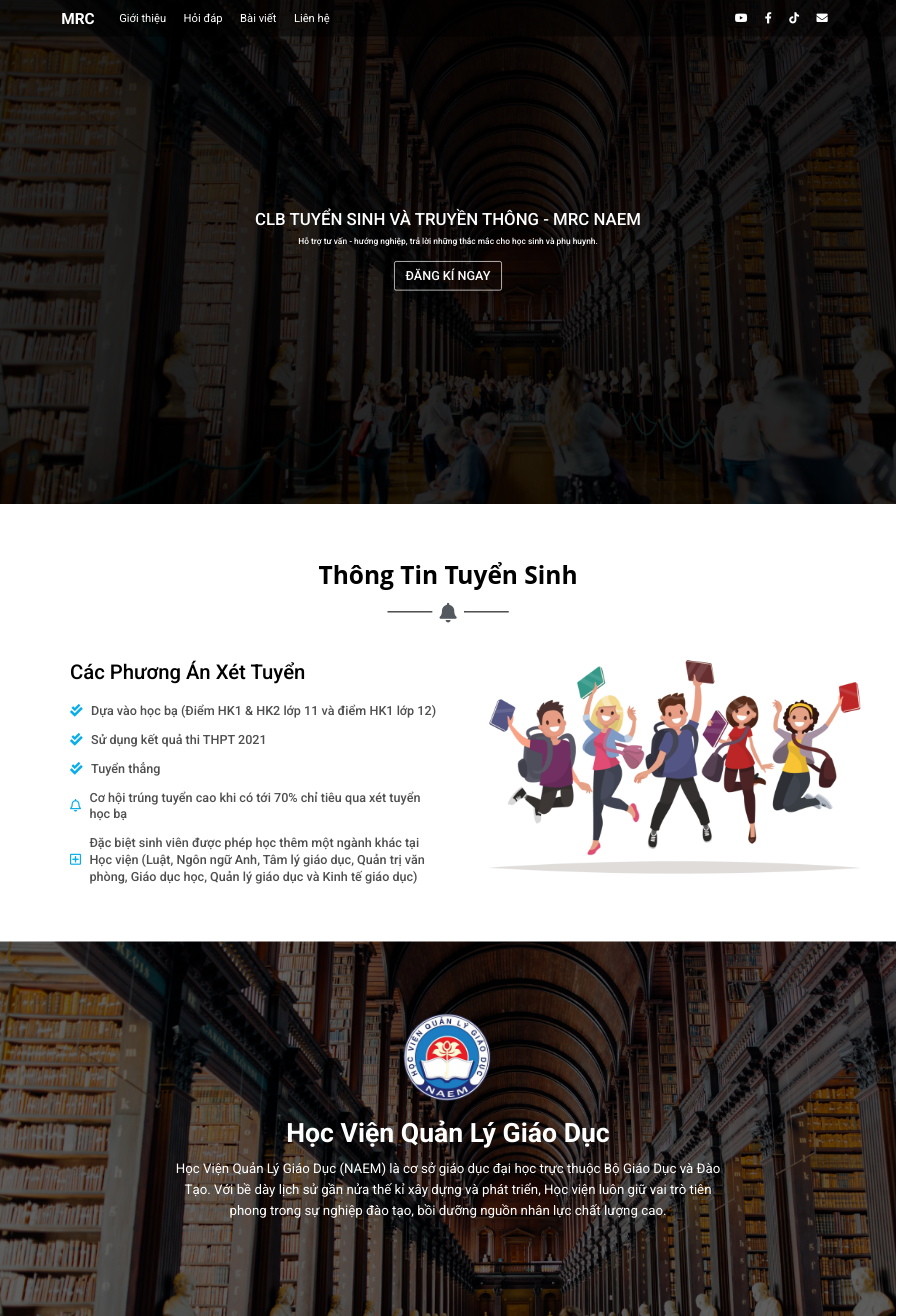
Repository: hongphuck1/trangweb1
Page: index.html
The author's editor kept a copy of each file at every save. The page is drawn from the files as they stood at one save, then again after the next save.
The browser window is 1280 px wide. The page is 1288 px wide, so the pictures cover 1288 px, including what lies to the right of the window. The pictures show the part of the page from y = 0 to 1880 px (the page is 5463 px tall), at 70% of full size.

Above is the page before, as saved 2021-09-08 17:33:53.

### index.html
<!DOCTYPE html>
<html lang="en">

<head>
  <meta charset="UTF-8" />
  <meta name="viewport" content="width=device-width, initial-scale=1, shrink-to-fit=no" />
  <meta http-equiv="x-ua-compatible" content="ie=edge" />
  <title>Material Design for Bootstrap</title>
  <!-- MDB icon -->
  <link rel="icon" href="img/SSS1.png" type="image/x-icon" />
  <!-- Font Awesome -->
  <link rel="stylesheet" href="https://use.fontawesome.com/releases/v5.15.2/css/all.css" />
  <link rel="stylesheet" href="font/themify-icons-font/themify-icons/themify-icons.css">
  <!-- Google Fonts Roboto -->
  <link rel="stylesheet" href="https://fonts.googleapis.com/css2?family=Roboto:wght@300;400;500;700;900&display=swap" />
  <!-- MDB -->
  <link rel="stylesheet" href="css/style.css" />
  <link rel="stylesheet" href="css/base.css" />
  <link rel="stylesheet" href="css/grid.css" />
  <link rel="stylesheet" href="css/mdb.min.css" />
</head>

<body>
  <!-- Start your project here-->
  <div class="main">
    <!--Main Navigation-->
    <header>
      <!-- Navbar -->
      <nav class="navbar--opacity navbar navbar-expand-lg navbar-light fixed-top mask-custom shadow-0">
        <div class="container">

          <a class="navbar-brand nav-link" target="_blank" href="">
            <strong style="font-size: 2.2rem;">MRC</strong>
          </a>
          <button class="navbar-toggler navbar-toggler--opacity" type="button" data-mdb-toggle="collapse"
            data-mdb-target="#navbarSupportedContent" aria-controls="navbarSupportedContent" aria-expanded="false"
            aria-label="Toggle navigation">
            <i style="color: #ccc" class="fas fa-bars"></i>
          </button>
          <div class="collapse navbar-collapse" id="navbarSupportedContent">
            <ul class="navbar-nav me-auto mb-2 mb-lg-0">
              <li class="nav-item active">
                <a class="nav-link" aria-current="page" href="#intro">Giới thiệu</a>
              </li>
              <li class="nav-item">
                <a class="nav-link" href="https://www.facebook.com/MRC.NAEM" rel="nofollow" target="_blank">Hỏi đáp</a>
              </li>
              <li class="nav-item">
                <a class="nav-link" href="https://www.facebook.com/MRC.NAEM" target="_blank">Bài viết</a>
              </li>
              <li class="nav-item">
                <a class="nav-link" href="https://www.facebook.com/messages/t/101815085369835" target="_blank">Liên
                  hệ</a>
              </li>
            </ul>
            <ul class="navbar-nav list-inline">
              <!-- Icons -->
              <li class="">
                <a class="nav-link" href="https://www.youtube.com/channel/UCjl0s7v8m8V4IzuAS1fH-iA" rel="nofollow"
                  target="_blank">
                  <i class="fab fa-youtube"></i>
                </a>
              </li>
              <li class="">
                <a class="nav-link" href="https://www.facebook.com/MRC.NAEM" rel="nofollow" target="_blank">
                  <i class="fab fa-facebook-f"></i>
                </a>
              </li>
              <li class="nav-item">
                <a class="nav-link" href="https://www.tiktok.com/@mrcnaem" rel="nofollow" target="_blank">
                  <i class="fab fa-tiktok"></i>
                </a>
              </li>
              <li class="nav-item">
                <a class="nav-link" href="tel: 0349167687" rel="nofollow" target="_blank">
                  <i class="fas fa-envelope"></i>
                </a>
              </li>
            </ul>
          </div>
        </div>
      </nav>


      <!-- Inner -->
      <div class="carousel-inner">
        <!-- Single item -->
        <div class="container-body-review active">
          <div class="mask" style="background-color: rgba(0, 0, 0, 0.6);">
            <div class="d-flex justify-content-center align-items-center h-100">
              <div class="text-white text-center">
                <h1 style="font-size: 2.4rem;" class="mb-3">CLB TUYỂN SINH VÀ TRUYỀN THÔNG - MRC NAEM</h1>
                <h5 style="font-size: 1.2rem;" class="mb-4">Hỗ trợ tư vấn - hướng nghiệp, trả lời những thắc mắc cho
                  học sinh và phụ huynh.</h5>

                <a style="font-size: 1.8rem; " class="btn-DANGKI btn btn-outline-light btn-lg m-2"
                  href="https://www.facebook.com/MRC.NAEM" target="_blank" role="button">Đăng kí ngay</a>
              </div>
            </div>
          </div>
        </div>
      </div>
    </header>


    <section>
      <div class="container-body">
        <div class="container-body-name">
          <h1>Thông Tin Tuyển Sinh</h1>
          <div class="container-body-name__icon">
            <i class="fas fa-bell"></i>
          </div>
        </div>

        <div class="row">
          <div class="col l-6">
            <div class="container-body-content">
              <h2 class="container-body-content__name">Các Phương Án Xét Tuyển</h2>
              <div class="container-body-content-attention">
                <i class="fas fa-check-double"></i>
                <h4>Dựa vào học bạ (Điểm HK1 & HK2 lớp 11 và điểm HK1 lớp 12)</h4>
              </div>
              <div class="container-body-content-attention">
                <i class="fas fa-check-double"></i>
                <h4>Sử dụng kết quả thi THPT 2021</h4>
              </div>
              <div class="container-body-content-attention">
                <i class="fas fa-check-double"></i>

                <h4>Tuyển thẳng</h4>
              </div>
              <div class="container-body-content-attention">
                <i class="far fa-bell"></i>
                <h4>Cơ hội trúng tuyển cao khi có tới 70% chỉ tiêu qua xét tuyển học bạ</h4>
              </div>
              <div class="container-body-content-attention">
                <i class="far fa-plus-square"></i>
                <h4>Đặc biệt sinh viên được phép học thêm một ngành khác tại Học viện (Luật, Ngôn ngữ Anh, Tâm lý giáo
                  dục, Quản trị văn phòng, Giáo dục học, Quản lý giáo dục và Kinh tế giáo dục)</h4>
              </div>
            </div>
          </div>
          <div class="col l-6">
            <div class="container-body-img">
              <img src="img/klipartz.com_-1024x586.png" alt="">
            </div>
          </div>
        </div>


      </div>

      <div class="container-body-review">
        <div class="grid wide">
          <div class="row">
            <div class="col l-12">
              <img src="img/1-1.png" alt="">
              <div class="container-body-review__name">
                Học Viện Quản Lý Giáo Dục
              </div>
              <div class="container-body-review__title">
                Học Viện Quản Lý Giáo Dục (NAEM) là cơ sở giáo dục đại học trực thuộc Bộ Giáo Dục và Đào Tạo. Với bề dày
                lịch sử gần nửa thế kỉ xây dựng và phát triển, Học viện luôn giữ vai trò tiên phong trong sự nghiệp đào
                tạo, bồi dưỡng nguồn nhân lực chất lượng cao.
              </div>
            </div>
          </div>
        </div>
      </div>

      <div class="container-body-subjects">
        <h1>TỔNG HỢP NGÀNH HỌC</h1>
        <div class="container-body-name__icon">
          <i class="fas fa-book-reader"></i>
        </div>
        <div class="grid wide">
          <div class="row">
            <div class="col l-4">
              <div class="container-body-subject">
                <img src="img/congnghethongtin.png" alt="">
                <h2>CÔNG NGHỆ THÔNG TIN</h2>
                <div class="container-body-subject-code">
                  <div class="container-body-subject-code__industry">Mã Ngành: 7480201</div>
                  <div class="container-body-subject-code__targets">Chỉ Tiêu: 150</div>
                </div>
                <h4>Chương trình của chúng tôi là đào tạo cử nhân ngành CNTT nên sẽ cung cấp cho sinh viên các kiến thức
                  cơ bản về ngành bao gồm : Kiến trúc máy tính, lập trình, hệ thống thông tin, mạng máy tính. Trong quá
                  trình học sinh viên sẽ được định hướng và học chuyên sâu theo các ngành hẹp: Khoa học máy tính; hệ
                  thống thông tin; mạng và truyền thông.
                  Đây là những kiến thức cốt lõi và là cơ sở cho các chuyên ngành hẹp sau này.</h4>
              </div>
            </div>
            <div class="col l-4">
              <div class="container-body-subject">
                <img src="img/ngonguanh.png" alt="">
                <h2>Ngôn ngữ Anh</h2>
                <div class="container-body-subject-code">
                  <div class="container-body-subject-code__industry">Mã Ngành: 7220201</div>
                  <div class="container-body-subject-code__targets">Chỉ Tiêu: 120</div>
                </div>
                <h4>Chương trình Cử nhân Ngôn ngữ Anh có tính ứng dụng, thực hành cao. Ngoài việc cung cấp các kiến thức
                  về ngôn ngữ, văn hóa các nước nói tiếng Anh, phương pháp và kĩ thuật biên-phiên dịch, phương pháp tổ
                  chức các hoạt động dạy học và giáo dục trong trong dạy học môn tiếng Anh ở trường phổ thông, chương
                  trình còn hình thành và phát triển ở người học kĩ năng tư duy phản biện, sáng tạo, giải quyết vấn đề,
                  làm việc độc lập và hợp tác là những kĩ năng cần thiết của thế kỉ 21.</h4>
              </div>
            </div>
            <div class="col l-4">
              <div class="container-body-subject">
                <img src="img/luat.png" alt="">
                <h2>Luật</h2>
                <div class="container-body-subject-code">
                  <div class="container-body-subject-code__industry">Mã Ngành: 7380101</div>
                  <div class="container-body-subject-code__targets">Chỉ Tiêu: 50</div>
                </div>
                <h4>Ngành Luật cung cấp kiến thức Luật bao quát ở hầu hết các lĩnh vực. Không chỉ riêng kiến thức về
                  Luật kinh tế, Luật tài chính, Luật thương mại; ngành Luật học còn cung cấp kiến thức về luật hôn nhân
                  gia đình, quy định chung về tài sản, thừa kế, luật hình sự phần tội phạm, luật môi trường, tội phạm
                  học, bồi thường hợp đồng, tranh chấp thương mại, khiếu nại, tố cáo, khoa học về điều tra hình sự,
                  quyền con người, quyền công dân...</h4>
              </div>
            </div>

          </div>
          <div class="row">
            <div class="col l-4">
              <div class="container-body-subject">
                <img src="img/quantrivanphong.png" alt="">
                <h2>Quản trị văn phòng</h2>
                <div class="container-body-subject-code">
                  <div class="container-body-subject-code__industry">Mã Ngành: 7340406</div>
                  <div class="container-body-subject-code__targets">Chỉ Tiêu: 120</div>
                </div>
                <h4>Đào tạo cơ bản về hành chính, giao tiếp, quản trị văn phòng đáp ứng các công việc như hành chính –
                  văn thu, hành chính – văn phòng, tổ chuwccs sự kiện, quản trị lễ tân, trợ lý lãnh đạo tại các cơ quan
                  trong và ngoài ngành giáo dục</h4>
              </div>
            </div>
            <div class="col l-4">
              <div class="container-body-subject">
                <img src="img/kinhtegiaoduc.png" alt="">
                <h2>Kinh tế giáo dục</h2>
                <div class="container-body-subject-code">
                  <div class="container-body-subject-code__industry">Mã Ngành: 7149001</div>
                  <div class="container-body-subject-code__targets">Chỉ Tiêu: 30</div>
                </div>
                <h4>Đào tạo cơ bản về kinh tế, tài chính nói chung và kinh tế, tài chính giáo dục đáp ứng với các công
                  việc về kế toán, kiểm toán, lao động tiền lương, phân tích chính sách, quản lý dự án…; giảng dạy,
                  nghiên cứu về kinh tế, tài chính giáo dục</h4>
              </div>
            </div>
            <div class="col l-4">
              <div class="container-body-subject">
                <img src="img/quanlygiaoduc.png" alt="">
                <h2>
                  Quản lý giáo dục</h2>
                <div class="container-body-subject-code">
                  <div class="container-body-subject-code__industry">Mã Ngành: 7140114</div>
                  <div class="container-body-subject-code__targets">Chỉ Tiêu: 130</div>
                </div>
                <h4>Đào tạo cơ bản về khoa học quản lý, khoa học quản lý giáo dục đáp ứng các công việc về quản lý trong
                  lĩnh vực giáo dục và lĩnh vực liên quan như: quản lý đào tạo, người học, nhân sự, tài chính, tài sản;
                  quản trị nhà trường, quản trị chiến lược, quản lý dự án…; giảng dạy, nghiên cứu về quản lý và quản lý
                  giáo dục.</h4>
              </div>
            </div>

          </div>
          <div class="row">
            <div class="col l-4">
              <div class="container-body-subject">
                <img src="img/tamlyhocgiaoduc.png" alt="">
                <h2>Tâm lý học giáo dục</h2>
                <div class="container-body-subject-code">
                  <div class="container-body-subject-code__industry">Mã Ngành: 7310403</div>
                  <div class="container-body-subject-code__targets">Chỉ Tiêu: 130</div>
                </div>
                <h4>Ngành Tâm lý giáo dục đào tạo những cử nhân có trình độ chuyên môn, nghiệp vụ và phẩm chất đạo đức
                  nghề nghiệp để giảng dạy Tâm lý học và Giáo dục học tại các cơ sở giáo dục nghề nghiệp, giáo dục đại
                  học; có thể nghiên cứu khoa học tâm lý và giáo dục tại các cơ sở nghiên cứu; có đủ năng lực tự học, tự
                  nghiên cứu để có thể học tiếp lên trình độ cao hơn trong cùng lĩnh vực khoa học</h4>
              </div>
            </div>
            <div class="col l-4">
              <div class="container-body-subject">
                <img src="img/giaoduchoc.png" alt="">
                <h2>Giáo dục học</h2>
                <div class="container-body-subject-code">
                  <div class="container-body-subject-code__industry">Mã Ngành: 7140101</div>
                  <div class="container-body-subject-code__targets">Chỉ Tiêu: 30</div>
                </div>
                <h4>Ngành Tâm lý giáo dục đào tạo những cử nhân có trình độ chuyên môn, nghiệp vụ và phẩm chất đạo đức
                  nghề nghiệp để giảng dạy Tâm lý học và Giáo dục học tại các cơ sở giáo dục nghề nghiệp, giáo dục đại
                  học; có thể nghiên cứu khoa học tâm lý và giáo dục tại các cơ sở nghiên cứu; có đủ năng lực tự học, tự
                  nghiên cứu để có thể học tiếp lên trình độ cao hơn trong cùng lĩnh vực khoa học</h4>
              </div>
            </div>
            <div class="col l-4">
              <div class="container-body-subject">
                <img src="img/kinhte.png" alt="">
                <h2>Kinh tế</h2>
                <div class="container-body-subject-code">
                  <div class="container-body-subject-code__industry">Mã Ngành: 7310101</div>
                  <div class="container-body-subject-code__targets">Chỉ Tiêu: 50</div>
                </div>
                <h4>Lorem ipsum dolor sit amet consectetur, adipisicing elit. Nostrum reiciendis harum quo quis
                  exercitationem velit quas, blanditiis corrupti eveniet distinctio, magnam id esse adipisci
                  consequuntur? Dolorem facilis dolores voluptates cumque?</h4>
              </div>
            </div>

          </div>
          <div class="row">
            <div class="col l-12">
              <div class="container-body-subjects-btn">
                <a href="https://www.facebook.com/MRC.NAEM">ĐĂNG KÍ NGAY</a>
              </div>
            </div>
          </div>
        </div>

        <div class="container-body-subjects__line">

        </div>
      </div>

      <div class="container-body-subjects-member">
        <div class="container-body-name">
          <h1>ĐỘI NGŨ THÀNH VIÊN CLB</h1>
          <div class="container-body-name__icon">
            <i class="fas fa-users"></i>
          </div>
        </div>

        <div class="grid wide">
          <!-- box 0 -->
          <div class="row">
            <div class="col l-4"></div>
            <div class="col l-4">
              <div class="container-body-subjects-member__box">
                <img src="img/user_phuc.jpg" alt="">
                <h1>DƯƠNG HỒNG PHÚC</h1>
                <h3>Chủ Nhiệm CLB MRC</h3>
                <div class="container-body-subjects-member__box__icon">
                  <a href=""> <i class="fab fa-facebook"></i></a>
                  <a href=""><i class="fas fa-mobile-alt"></i></a>
                  <a href=""> <i class="fab fa-facebook-messenger"></i></a>

                </div>
              </div>
            </div>
            <div class="col l-4"></div>
          </div>
          <!-- hàng 1 -->
          <div class="row">

            <div class="col l-3">
              <div class="container-body-subjects-member__box1">
                <img src="img/klipartz.com_-1024x586.png" alt="">
                <h1>DƯƠNG HỒNG PHÚC</h1>
                <h3>Trưởng Ban Truyền Thông</h3>
                <div class="container-body-subjects-member__box__icon1">
                  <a href=""> <i class="fab fa-facebook"></i></a>
                  <a href=""><i class="fas fa-mobile-alt"></i></a>
                  <a href=""> <i class="fab fa-facebook-messenger"></i></a>

                </div>
              </div>
            </div>
            <div class="col l-3">
              <div class="container-body-subjects-member__box1">
                <img src="img/user_phuc.jpg" alt="">
                <h1>DƯƠNG HỒNG PHÚC</h1>
                <h3>Trưởng Ban Truyền Thông</h3>
                <div class="container-body-subjects-member__box__icon1">
                  <a href=""> <i class="fab fa-facebook"></i></a>
                  <a href=""><i class="fas fa-mobile-alt"></i></a>
                  <a href=""> <i class="fab fa-facebook-messenger"></i></a>

                </div>
              </div>
            </div>
            <div class="col l-3">
              <div class="container-body-subjects-member__box1">
                <img src="img/user_phuc.jpg" alt="">
                <h1>DƯƠNG HỒNG PHÚC</h1>
                <h3>Trưởng Ban Truyền Thông</h3>
                <div class="container-body-subjects-member__box__icon1">
                  <a href=""> <i class="fab fa-facebook"></i></a>
                  <a href=""><i class="fas fa-mobile-alt"></i></a>
                  <a href=""> <i class="fab fa-facebook-messenger"></i></a>

                </div>
              </div>
            </div>
            <div class="col l-3">
              <div class="container-body-subjects-member__box1">
                <img src="img/user_phuc.jpg" alt="">
                <h1>DƯƠNG HỒNG PHÚC</h1>
                <h3>Trưởng Ban Truyền Thông</h3>
                <div class="container-body-subjects-member__box__icon1">
                  <a href=""> <i class="fab fa-facebook"></i></a>
                  <a href=""><i class="fas fa-mobile-alt"></i></a>
                  <a href=""> <i class="fab fa-facebook-messenger"></i></a>

                </div>
              </div>
            </div>

          </div>
          <div class="row">

            <div class="col l-3">
              <div class="container-body-subjects-member__box1">
                <img src="img/user_phuc.jpg" alt="">
                <h1>DƯƠNG HỒNG PHÚC</h1>
                <h3>Trưởng Ban Truyền Thông</h3>
                <div class="container-body-subjects-member__box__icon1">
                  <a href=""> <i class="fab fa-facebook"></i></a>
                  <a href=""><i class="fas fa-mobile-alt"></i></a>
                  <a href=""> <i class="fab fa-facebook-messenger"></i></a>

                </div>
              </div>
            </div>
            <div class="col l-3">
              <div class="container-body-subjects-member__box1">
                <img src="img/user_phuc.jpg" alt="">
                <h1>DƯƠNG HỒNG PHÚC</h1>
                <h3>Trưởng Ban Truyền Thông</h3>
                <div class="container-body-subjects-member__box__icon1">
                  <a href=""> <i class="fab fa-facebook"></i></a>
                  <a href=""><i class="fas fa-mobile-alt"></i></a>
                  <a href=""> <i class="fab fa-facebook-messenger"></i></a>

                </div>
              </div>
            </div>
            <div class="col l-3">
              <div class="container-body-subjects-member__box1">
                <img src="img/user_phuc.jpg" alt="">
                <h1>DƯƠNG HỒNG PHÚC</h1>
                <h3>Trưởng Ban Truyền Thông</h3>
                <div class="container-body-subjects-member__box__icon1">
                  <a href=""> <i class="fab fa-facebook"></i></a>
                  <a href=""><i class="fas fa-mobile-alt"></i></a>
                  <a href=""> <i class="fab fa-facebook-messenger"></i></a>

                </div>
              </div>
            </div>
            <div class="col l-3">
              <div class="container-body-subjects-member__box1">
                <img src="img/user_phuc.jpg" alt="">
                <h1>DƯƠNG HỒNG PHÚC</h1>
                <h3>Trưởng Ban Truyền Thông</h3>
                <div class="container-body-subjects-member__box__icon1">
                  <a href=""> <i class="fab fa-facebook"></i></a>
                  <a href=""><i class="fas fa-mobile-alt"></i></a>
                  <a href=""> <i class="fab fa-facebook-messenger"></i></a>

                </div>
              </div>
            </div>
          </div>
        </div>
      </div>
    </section>
  </div>
  <!--Main Navigation-->
  <!-- End your project here-->

  <!-- MDB -->
  <script type="text/javascript" src="js/mdb.min.js"></script>
  <!-- Custom scripts -->
  <script type="text/javascript"></script>
</body>

</html>

### css/base.css
:root {
    --white-color: #fff;
    --black-color: #000;
    --text-color: rgb(110, 109, 109);
    --primary-color: #6EC1E4;
    --primary-color-sub: #fd3f00;
    --border-color: #dbdbdb;

    --header: 109px;
    --header-top: 36px;
    --navbar-height: 27px;
    --header-with-search-height: calc(var(--header-height) - var(--navbar-height));
    --header-sort-bar-height: 46px;
}


* {
    margin: 0;
    padding: 0;
    box-sizing: border-box;

}
.no-copy__text {
    user-select: none;
}
html {
    font-size: 62.5%;
    line-height: 1.6rem;
    font-family: 'Roboto', sans-serif;

    /* user-select: none;   không cho copy text */
}

body {
    height: 5000px;
}
@media only screen and  (max-width: 1000px) and (min-width: 700px) {
    html {
    }
}

Loaded but not shown: font/themify-icons-font/themify-icons/themify-icons.css (common file); css/mdb.min.css (library); js/mdb.min.js (library); css/style.css (548 lines, source omitted); css/grid.css (590 lines, source omitted)

After the next save:
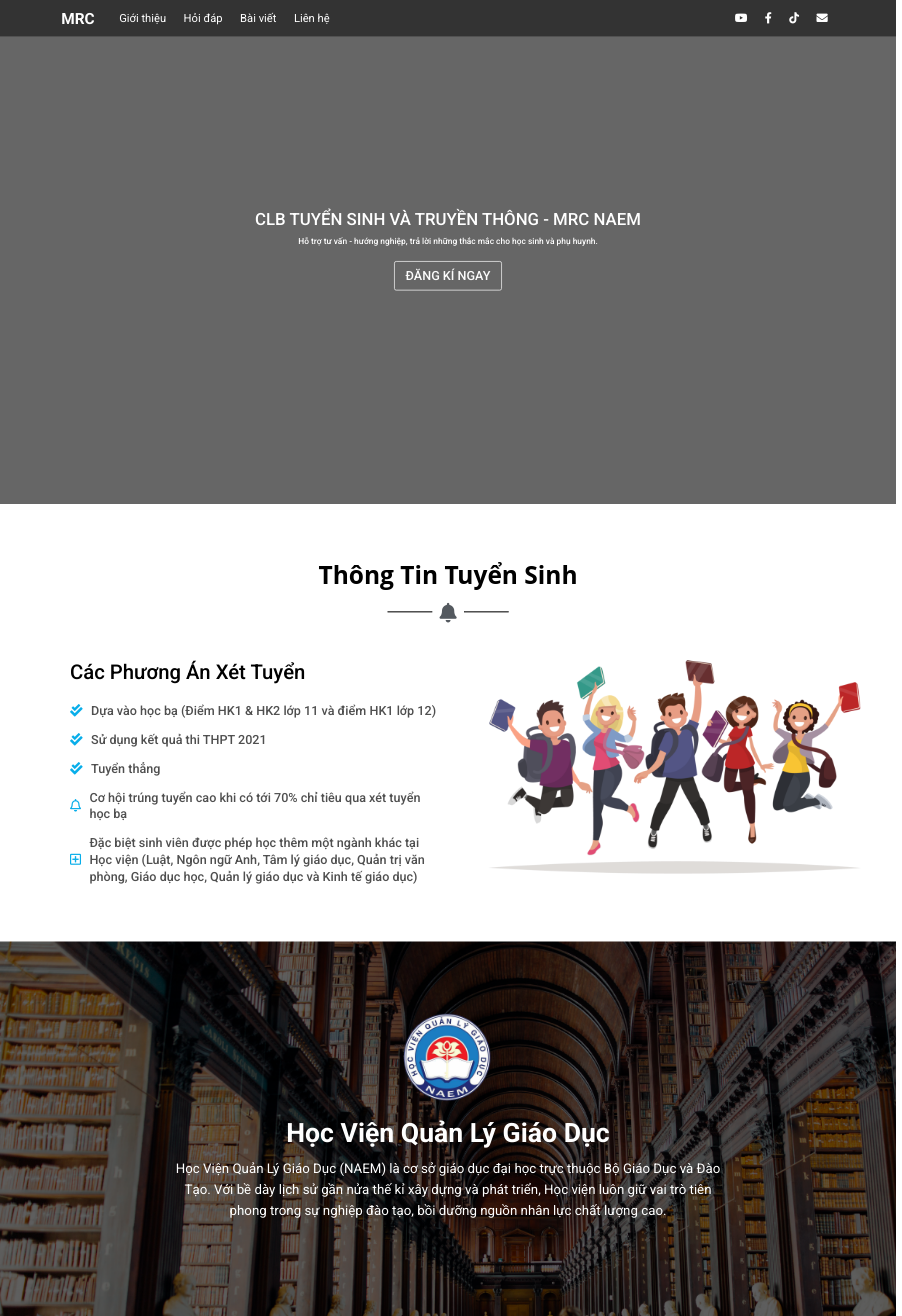
Saved 99 s later.
--- a/index.html
+++ b/index.html
@@ -85,7 +85,7 @@
       <!-- Inner -->
       <div class="carousel-inner">
         <!-- Single item -->
-        <div class="container-body-review active">
+        <div class="header-image__top active">
           <div class="mask" style="background-color: rgba(0, 0, 0, 0.6);">
             <div class="d-flex justify-content-center align-items-center h-100">
               <div class="text-white text-center">
